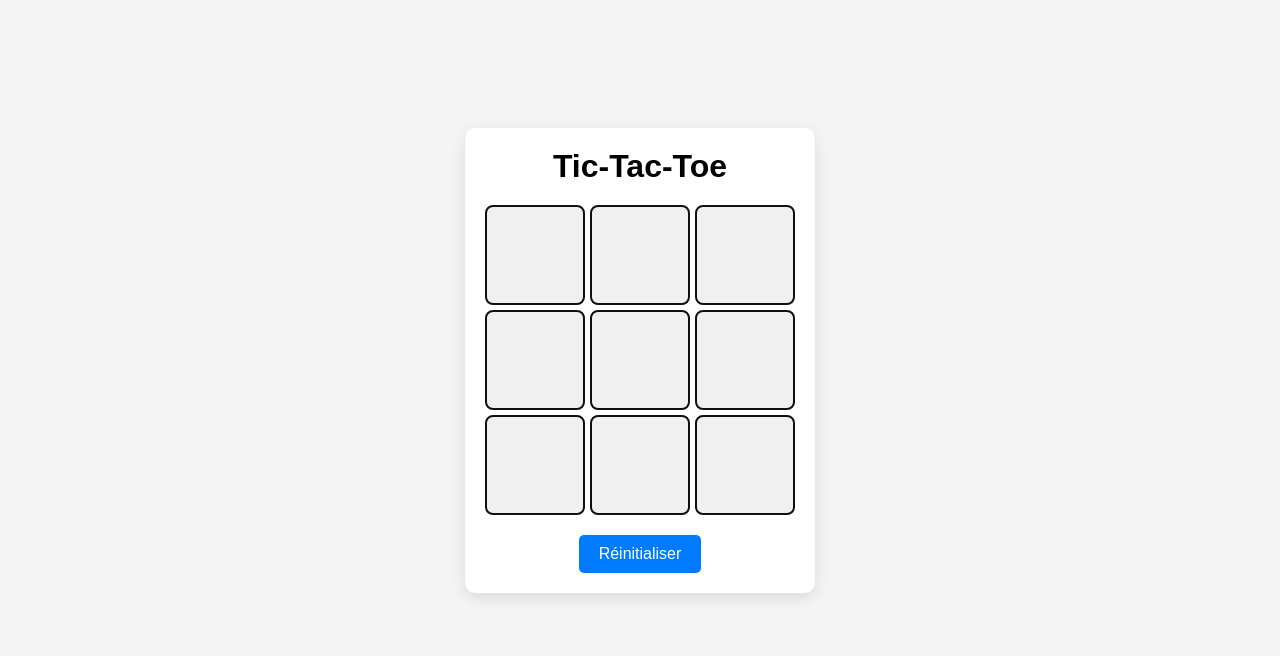
Repository: FTheo57/EvaluationGit
Page: index.html
These files come from the project's save history. The page is drawn as it stood at one moment and after the next save; the edit follows.
The browser window is 1280 px wide. The pictures show the whole page.

Above is the page before, as saved 2025-03-10 16:06:27.

### index.html
<!DOCTYPE html>
<html lang="fr">
<head>
    <meta charset="UTF-8">
    <meta name="viewport" content="width=device-width, initial-scale=1.0">
    <title>Tic-Tac-Toe</title>
    <link rel="stylesheet" href="/css/styles.css"
</head>
<body>
    <div class="container">
        <h1>Tic-Tac-Toe</h1>
        <div class="game-board" id="game-board">
            <div class="cell" data-index="0"></div>
            <div class="cell" data-index="1"></div>
            <div class="cell" data-index="2"></div>
            <div class="cell" data-index="3"></div>
            <div class="cell" data-index="4"></div>
            <div class="cell" data-index="5"></div>
            <div class="cell" data-index="6"></div>
            <div class="cell" data-index="7"></div>
            <div class="cell" data-index="8"></div>
        </div>
        <button id="reset">Réinitialiser</button>
    </div>

    <script src="script.js"></script>
</body>
</html>

### css/styles.css
* {
    margin: 0;
    padding: 0;
    box-sizing: border-box;
}

body {
    font-family: Arial, sans-serif;
    display: flex;
    justify-content: center;
    align-items: center;
    height: 100vh;
    background-color: #f4f4f4;
}

.container {
    text-align: center;
    background-color: white;
    padding: 20px;
    border-radius: 10px;
    box-shadow: 0 5px 15px rgba(0, 0, 0, 0.1);
}

h1 {
    margin-bottom: 20px;
    font-size: 2rem;
}

.game-board {
    display: grid;
    grid-template-columns: repeat(3, 100px);
    grid-template-rows: repeat(3, 100px);
    gap: 5px;
    margin-bottom: 20px;
}

.cell {
    width: 100px;
    height: 100px;
    background-color: #f0f0f0;
    display: flex;
    justify-content: center;
    align-items: center;
    font-size: 2rem;
    cursor: pointer;
    border: 2px solid #101010;
    border-radius: 8px;
    transition: background-color 0.3s ease;
}

.cell:hover {
    background-color: #e0e0e0;
}

button {
    padding: 10px 20px;
    font-size: 1rem;
    cursor: pointer;
    background-color: #007bff;
    color: white;
    border: none;
    border-radius: 5px;
    transition: background-color 0.3s ease;
}

button:hover {
    background-color: #0056b3;
}

Loaded but not shown: js/script.js (no copy from this time; the picture is the same without it)

After the next save:
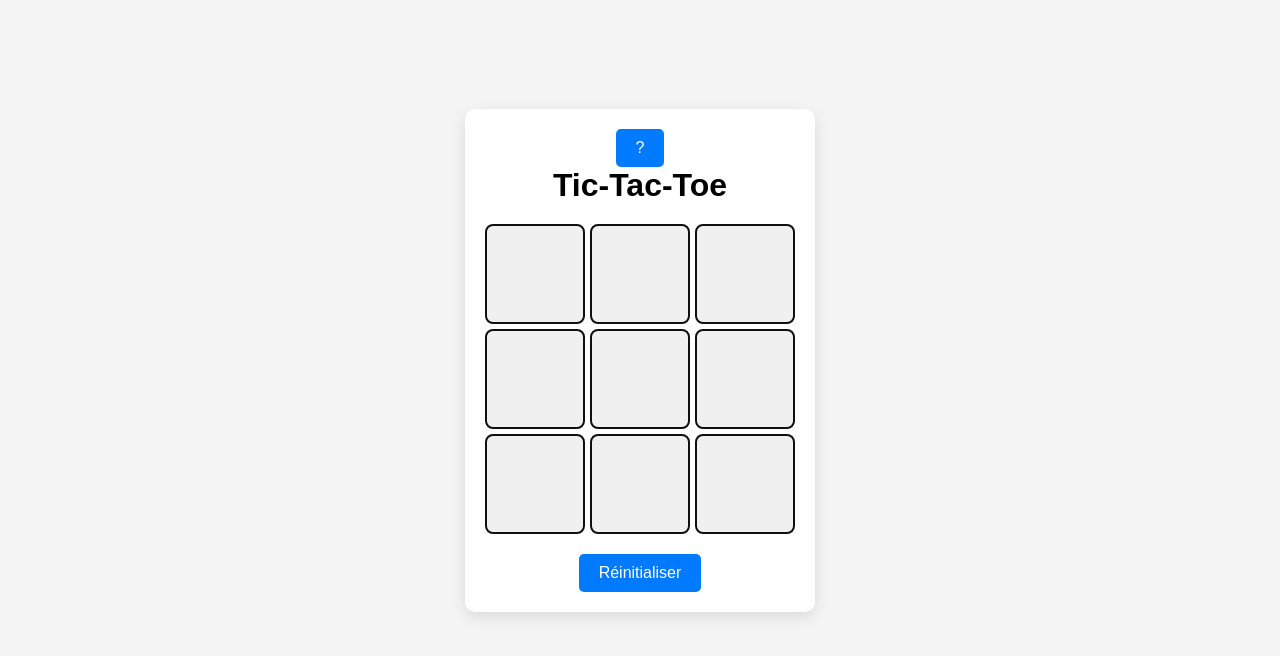
Saved 10 min 7 s later.
--- a/index.html
+++ b/index.html
@@ -8,6 +8,7 @@
 </head>
 <body>
     <div class="container">
+        <button class="rules-btn" id="rules-btn">?</button>
         <h1>Tic-Tac-Toe</h1>
         <div class="game-board" id="game-board">
             <div class="cell" data-index="0"></div>
